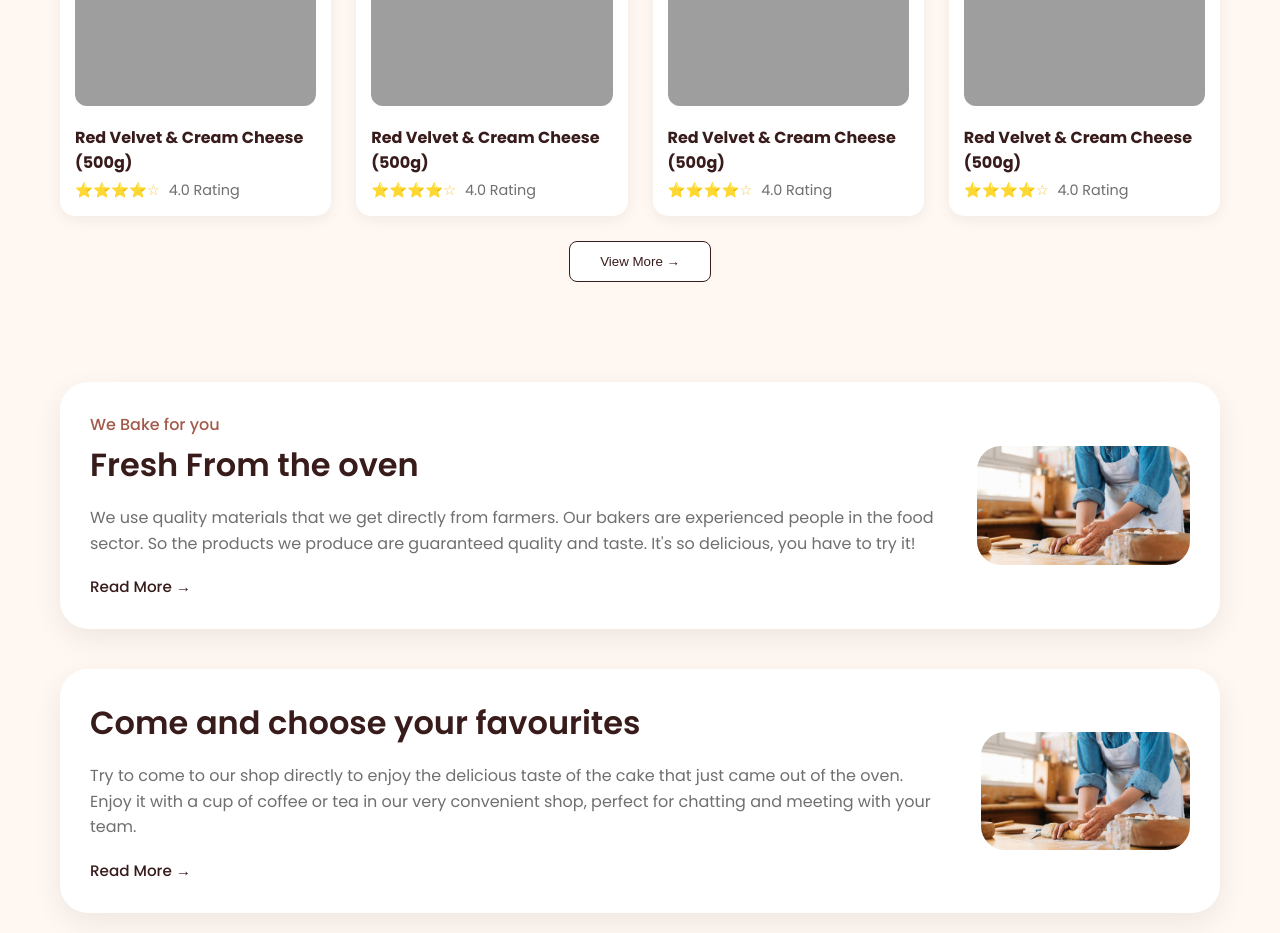
Repository: josegabrielzevallos/chocobrat-bakery-website
Page: index.html
An editor plug-in stored every save of this project. The page is shown before and after the next save, followed by the edit.
The browser window is 1280 px wide. The pictures show the part of the page from y = 999 to 1951 px (the page is 1932 px tall before and 1951 px after).
Pictures or frames that could not be fetched are drawn as grey boxes. A picture or video elsewhere on the page could not be fetched, so the positions and the page height are approximate.

Above is the page before, as saved 2025-11-20 13:43:22.

### index.html
<!DOCTYPE html>
<html lang="en">
<head>
    <meta charset="UTF-8" />
    <meta name="viewport" content="width=device-width, initial-scale=1.0" />
    <title>Chocobrat Bakery</title>

    <link href="https://fonts.googleapis.com/css2?family=Poppins:wght@300;400;500;600;700&display=swap" rel="stylesheet">

    <link rel="stylesheet" href="styles.css" />
</head>
<body>

    <!-- NAVBAR -->
    <header>
        <nav class="navbar container">
            <h1 class="logo">Chocobrat</h1>

            <ul class="nav-links">
                <li><a class="active" href="#">Home</a></li>
                <li class="dropdown">
                    <a href="#">Categories ▾</a>
                </li>
                <li><a href="#">About Us</a></li>
                <li><a href="#">Contact Us</a></li>
            </ul>

            <div class="nav-actions">
                <input type="text" placeholder="Search" class="search-box" />
                <button class="icon-btn">🔍</button>
                <button class="icon-btn">🤍</button>
                <button class="icon-btn">🛒</button>
                <button class="icon-btn">👤</button>
            </div>
        </nav>
    </header>

    <!-- HERO SECTION -->
    <section class="hero container">
        <div class="hero-text">
            <h2>Bring you Happiness <br> through a piece of cake</h2>
            <p>We make different type of cakes, chocolate, soft cookies, cheesecake pie or anything you want.</p>

            <div class="hero-buttons">
                <button class="btn primary">Order Now</button>
                <button class="btn secondary">See All Menus</button>
            </div>
        </div>

        <div class="hero-img">
            <img src="assets/img/cake-main.png" alt="Cake">
        </div>
    </section>

    <!-- CAROUSEL STATIC -->
    <section class="carousel container">
        <img src="assets/img/cake1.jpg" class="thumb" />
        <img src="assets/img/cake2.jpg" class="thumb" />
        <img src="assets/img/cake3.jpg" class="thumb" />
        <img src="assets/img/cake4.jpg" class="thumb" />
    </section>

    <!-- BEST SELLING SECTION -->
    <section class="best-selling container">
        <div class="title-row">
            <h2>Try Our Best Selling</h2>
            <p>Here’s our best creations that everyone loves. Lightness and sweetness of the cake...</p>
        </div>

        <div class="product-grid">

            <!-- CARD 1 -->
            <article class="card">
                <img src="assets/img/item1.jpg" alt="">
                <h3>Red Velvet & Cream Cheese (500g)</h3>
                <div class="rating">
                    ⭐⭐⭐⭐☆ <span>4.0 Rating</span>
                </div>
            </article>

            <!-- CARD 2 -->
            <article class="card">
                <img src="assets/img/item2.jpg" alt="">
                <h3>Red Velvet & Cream Cheese (500g)</h3>
                <div class="rating">
                    ⭐⭐⭐⭐☆ <span>4.0 Rating</span>
                </div>
            </article>

            <!-- CARD 3 -->
            <article class="card">
                <img src="assets/img/item3.jpg" alt="">
                <h3>Red Velvet & Cream Cheese (500g)</h3>
                <div class="rating">
                    ⭐⭐⭐⭐☆ <span>4.0 Rating</span>
                </div>
            </article>

            <!-- CARD 4 -->
            <article class="card">
                <img src="assets/img/item4.jpg" alt="">
                <h3>Red Velvet & Cream Cheese (500g)</h3>
                <div class="rating">
                    ⭐⭐⭐⭐☆ <span>4.0 Rating</span>
                </div>
            </article>
        </div>

        <center>
            <button class="btn view-more">View More →</button>
        </center>
    </section>

        <!-- STORY / ABOUT BAKERY SECTION -->
    <section class="story container">
        <article class="story-card">
            <div class="story-text">
                <h3>We Bake for you</h3>
                <h2>Fresh From the oven</h2>
                <p>
                    We use quality materials that we get directly from farmers.
                    Our bakers are experienced people in the food sector. So the
                    products we produce are guaranteed quality and taste. It's so
                    delicious, you have to try it!
                </p>
                <a href="#" class="story-link">Read More →</a>
            </div>
            <div class="story-img">
                <img src="./assets/images/b9-women.jpeg" alt="Baker preparing pastry">
            </div>
        </article>

        <article class="story-card story-card-reverse">
            <div class="story-img">
                <img src="./assets/images/b9-women.jpeg" alt="Baker rolling dough">
            </div>
            <div class="story-text">
                <h2>Come and choose your favourites</h2>
                <p>
                    Try to come to our shop directly to enjoy the delicious taste
                    of the cake that just came out of the oven. Enjoy it with a cup
                    of coffee or tea in our very convenient shop, perfect for chatting
                    and meeting with your team.
                </p>
                <a href="#" class="story-link">Read More →</a>
            </div>
        </article>
    </section>

</body>
</html>

### styles.css
/* ===== RESET ===== */
* {
    margin: 0;
    padding: 0;
    box-sizing: border-box;
}

body {
    font-family: "Poppins", sans-serif;
    background-color: #FFF8F2;
    color: #381B1B;
}

.container {
    max-width: 1200px;
    margin: auto;
    padding: 20px;
}

/* ===== NAVBAR ===== */
header {
    background: #FFF;
    padding: 20px 0;
}

.navbar {
    display: flex;
    align-items: center;
    justify-content: space-between;
}

.logo {
    font-size: 1.8rem;
    font-weight: 600;
}

.nav-links {
    display: flex;
    list-style: none;
    gap: 30px;
}

.nav-links a {
    text-decoration: none;
    color: #6F6F6F;
    font-weight: 500;
}

.nav-links .active {
    color: #381B1B;
    font-weight: 600;
}

.nav-actions {
    display: flex;
    align-items: center;
    gap: 12px;
}

.search-box {
    padding: 10px 15px;
    border-radius: 8px;
    border: 1px solid #ddd;
}

.icon-btn {
    background: #5C1E1E;
    color: #fff;
    padding: 10px;
    border-radius: 8px;
    border: none;
}

/* ===== HERO ===== */
.hero {
    display: flex;
    align-items: center;
    justify-content: space-between;
    margin-top: 40px;
}

.hero-text {
    max-width: 45%;
}

.hero-text h2 {
    font-size: 2.8rem;
    line-height: 1.2;
    margin-bottom: 15px;
}

.hero-text p {
    font-size: 1rem;
    color: #6F6F6F;
    margin-bottom: 25px;
}

.hero-buttons {
    display: flex;
    gap: 15px;
}

.btn {
    padding: 12px 30px;
    font-weight: 500;
    border-radius: 8px;
    border: none;
    cursor: pointer;
}

.primary {
    background: #5C1E1E;
    color: white;
}

.secondary {
    background: white;
    border: 1px solid #5C1E1E;
    color: #5C1E1E;
}

.hero-img img {
    width: 480px;
    border-radius: 12px;
}

/* ===== CAROUSEL ===== */
.carousel {
    margin-top: 40px;
    display: flex;
    gap: 15px;
    overflow-x: auto;
    padding-bottom: 10px;
}

.thumb {
    width: 180px;
    height: 110px;
    border-radius: 12px;
    object-fit: cover;
}

/* ===== BEST SELLING ===== */
.best-selling {
    margin-top: 60px;
}

.title-row {
    display: flex;
    justify-content: space-between;
    margin-bottom: 30px;
}

.title-row h2 {
    font-size: 2rem;
    color: #381B1B;
}

.title-row p {
    max-width: 45%;
    color: #6F6F6F;
}

/* ===== PRODUCT GRID ===== */
.product-grid {
    display: grid;
    grid-template-columns: repeat(4, 1fr);
    gap: 25px;
}

.card {
    background: #fff;
    padding: 15px;
    border-radius: 15px;
    box-shadow: 0 4px 15px rgba(0,0,0,0.06);
}

.card img {
    width: 100%;
    height: 180px;
    border-radius: 12px;
    object-fit: cover;
}

.card h3 {
    margin: 12px 0 5px;
    font-size: 1rem;
}

.rating {
    color: #F2C94C;
    font-size: 0.9rem;
}

.rating span {
    color: #6F6F6F;
    margin-left: 5px;
}

.view-more {
    margin-top: 25px;
    background: white;
    border: 1px solid #381B1B;
    color: #381B1B;
}

/* ===== STORY / ABOUT BAKERY SECTION ===== */
.story {
    margin-top: 60px;
    display: flex;
    flex-direction: column;
    gap: 40px;
}

.story-card {
    background: #ffffff;
    border-radius: 28px;
    padding: 30px;
    display: flex;
    align-items: center;
    gap: 40px;
    box-shadow: 0 10px 30px rgba(0, 0, 0, 0.07);
}

.story-card-reverse {
    flex-direction: row-reverse;
}

.story-text h3 {
    font-size: 1rem;
    font-weight: 500;
    color: #A35A4A;
    margin-bottom: 4px;
}

.story-text h2 {
    font-size: 2rem;
    font-weight: 600;
    margin-bottom: 16px;
    color: #381B1B;
}

.story-text p {
    color: #6F6F6F;
    line-height: 1.6;
    margin-bottom: 18px;
}

.story-link {
    text-decoration: none;
    font-weight: 500;
    color: #381B1B;
    font-size: 0.95rem;
}

.story-img img {
    width: 100%;
    max-width: 420px;
    border-radius: 24px;
    object-fit: cover;
    display: block;
}

After the next save:
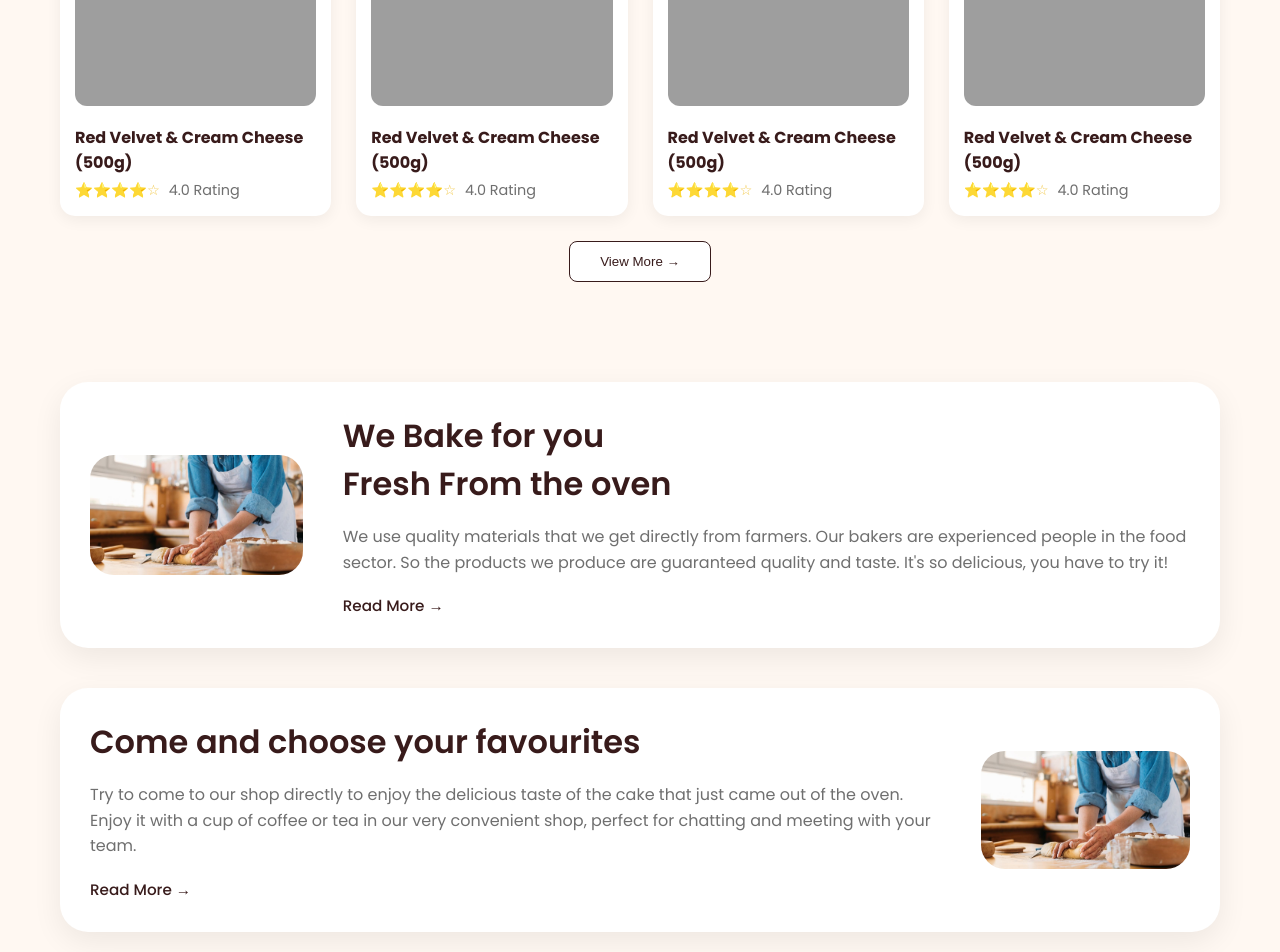
Saved 7 min 20 s later.
--- a/index.html
+++ b/index.html
@@ -114,9 +114,11 @@
         <!-- STORY / ABOUT BAKERY SECTION -->
     <section class="story container">
         <article class="story-card">
+            <div class="story-img">
+                <img src="./assets/images/b9-women.jpeg" alt="Baker preparing pastry">
+            </div>
             <div class="story-text">
-                <h3>We Bake for you</h3>
-                <h2>Fresh From the oven</h2>
+                <h2>We Bake for you<br>Fresh From the oven</h2>
                 <p>
                     We use quality materials that we get directly from farmers.
                     Our bakers are experienced people in the food sector. So the
@@ -125,15 +127,10 @@
                 </p>
                 <a href="#" class="story-link">Read More →</a>
             </div>
-            <div class="story-img">
-                <img src="./assets/images/b9-women.jpeg" alt="Baker preparing pastry">
-            </div>
         </article>
 
-        <article class="story-card story-card-reverse">
-            <div class="story-img">
-                <img src="./assets/images/b9-women.jpeg" alt="Baker rolling dough">
-            </div>
+
+        <article class="story-card">
             <div class="story-text">
                 <h2>Come and choose your favourites</h2>
                 <p>
@@ -144,7 +141,11 @@
                 </p>
                 <a href="#" class="story-link">Read More →</a>
             </div>
+            <div class="story-img">
+                <img src="./assets/images/b9-women.jpeg" alt="Baker rolling dough">
+            </div>
         </article>
+
     </section>
 
 </body>
